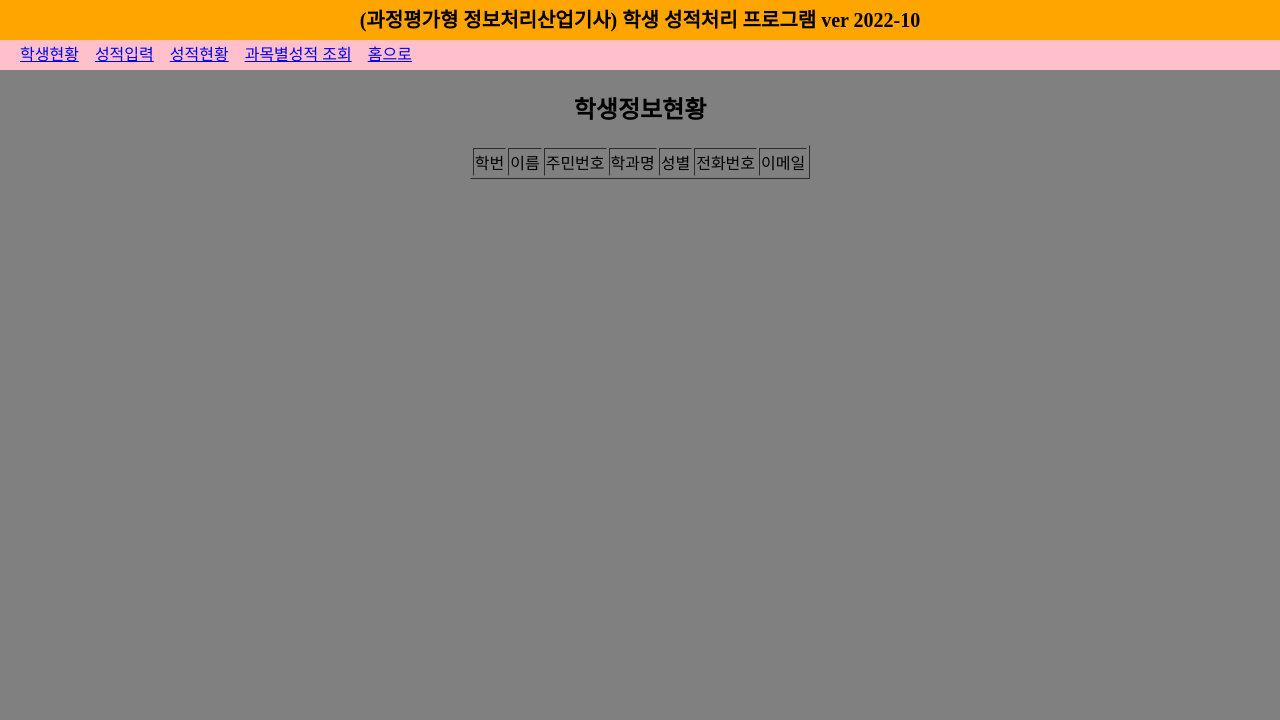
Repository: wjdwlgns1101/school_hrd
Page: http://localhost/school_30111/slist.jsp
The author's editor kept a copy of each file at every save. The page is drawn from the files as they stood at one save, then again after the next save.
The browser window is 1280 px wide. The pictures show the whole page.
The page is served by Tomcat 9. Queries for data that is not in the repository find no rows.

Above is the page before, as saved 2024-04-29 08:16:47.

After the next save:
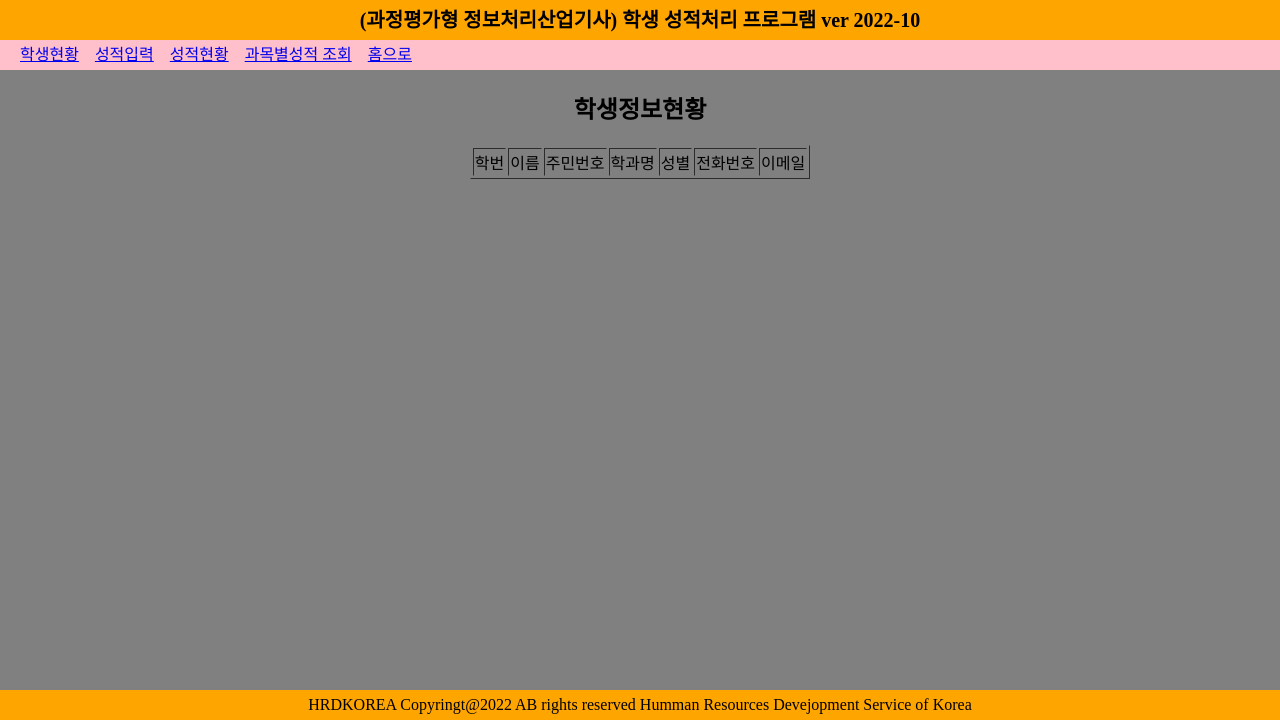
Saved 9 s later.
--- a/hrd_30111_school2 완성/school_30111/src/main/webapp/slist.jsp
+++ b/hrd_30111_school2 완성/school_30111/src/main/webapp/slist.jsp
@@ -67,6 +67,7 @@
 
 </section>
 
+<jsp:include page="footer.jsp"></jsp:include>
 
 </body>
 </html>
